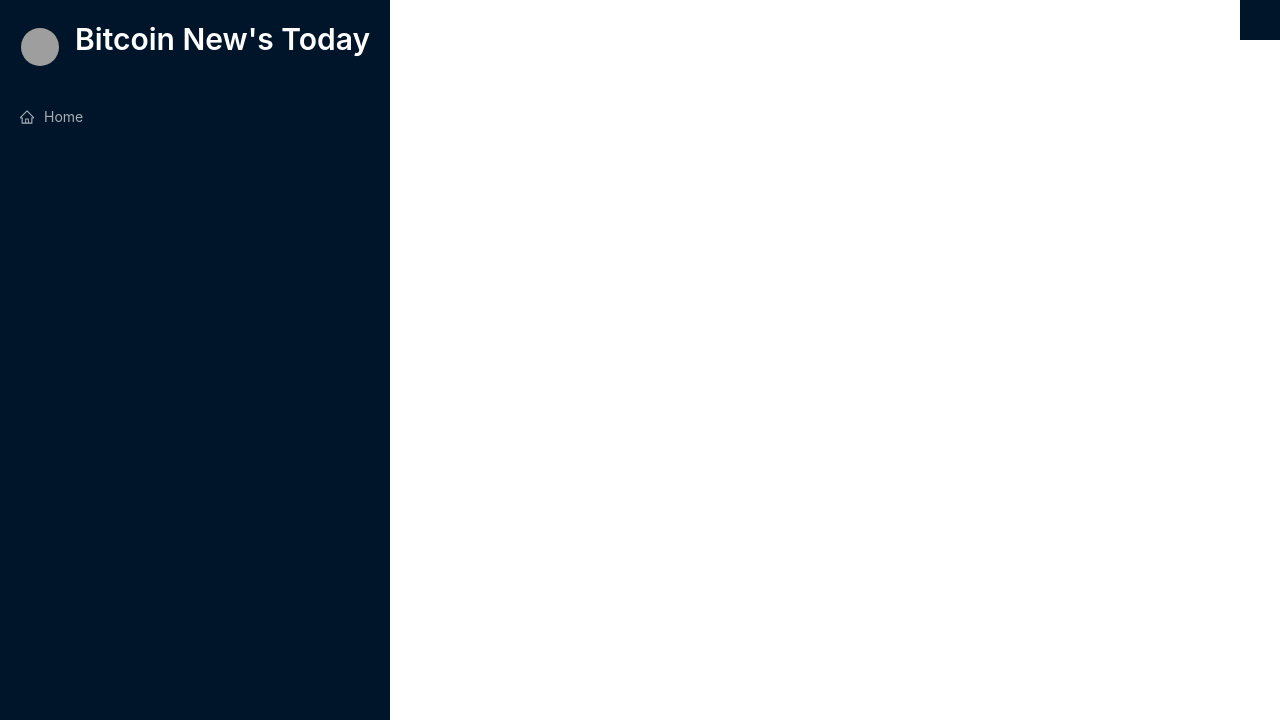
Repository: daotien93/bitcoin-api-app
Page: / (app in my-app/)
These files come from the project's save history. The page is drawn as it stood at one moment and after the next save; the edit follows.
The browser window is 1280 px wide. The pictures show the whole page.
Pictures or frames that could not be fetched are drawn as grey boxes. The project was rebuilt for these pictures with package versions that can differ from the ones it lists, and the page was loaded fresh each time. A package was used in the major version that the imports need, not the one package.json lists. Imported but missing from the stored project, and not drawn on this page: my-app/src/reportWebVitals.

Above is the page before, as saved 2021-10-25 11:27:49.

After the next save:
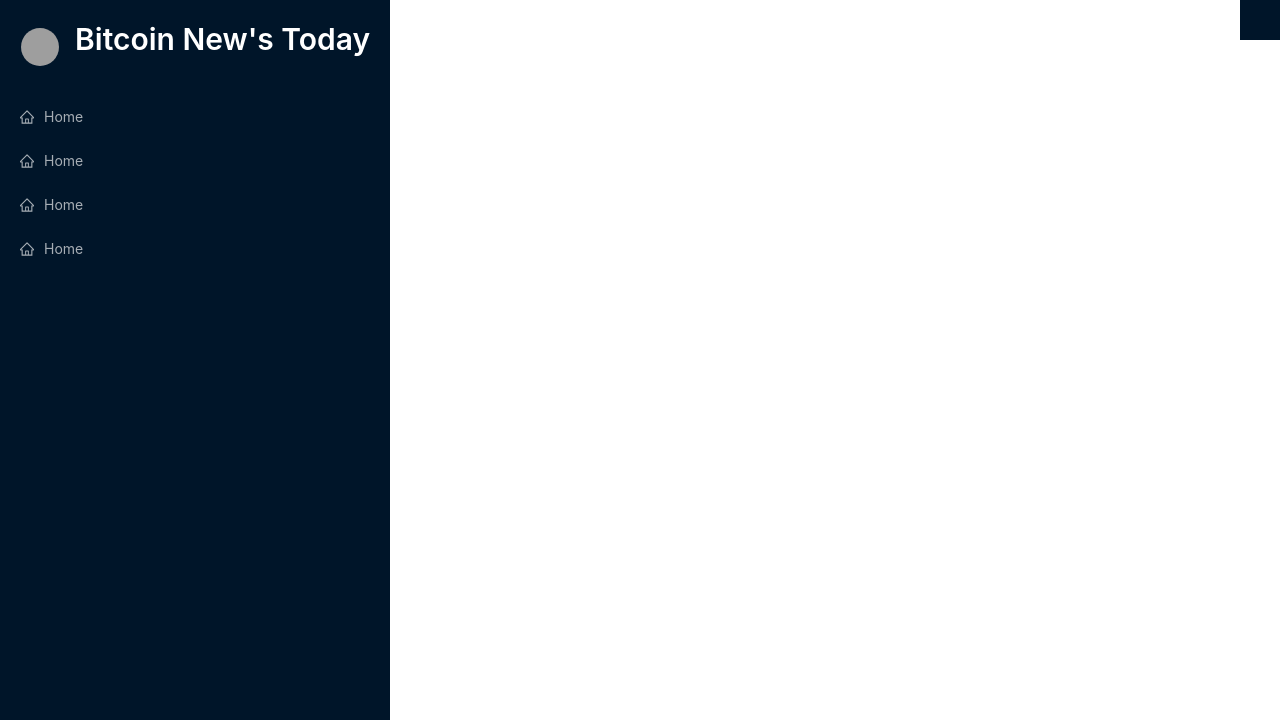
Saved 25 s later.
--- a/my-app/src/components/Navbar.jsx
+++ b/my-app/src/components/Navbar.jsx
@@ -19,6 +19,15 @@ const Navbar = () => {
                 <Menu.Item icon={<HomeOutlined />}>
                     <Link to='/'>Home</Link>
                 </Menu.Item>
+                <Menu.Item icon={<HomeOutlined />}>
+                    <Link to='/'>Home</Link>
+                </Menu.Item>
+                <Menu.Item icon={<HomeOutlined />}>
+                    <Link to='/'>Home</Link>
+                </Menu.Item>
+                <Menu.Item icon={<HomeOutlined />}>
+                    <Link to='/'>Home</Link>
+                </Menu.Item>
             </Menu>
         </div>
     )
